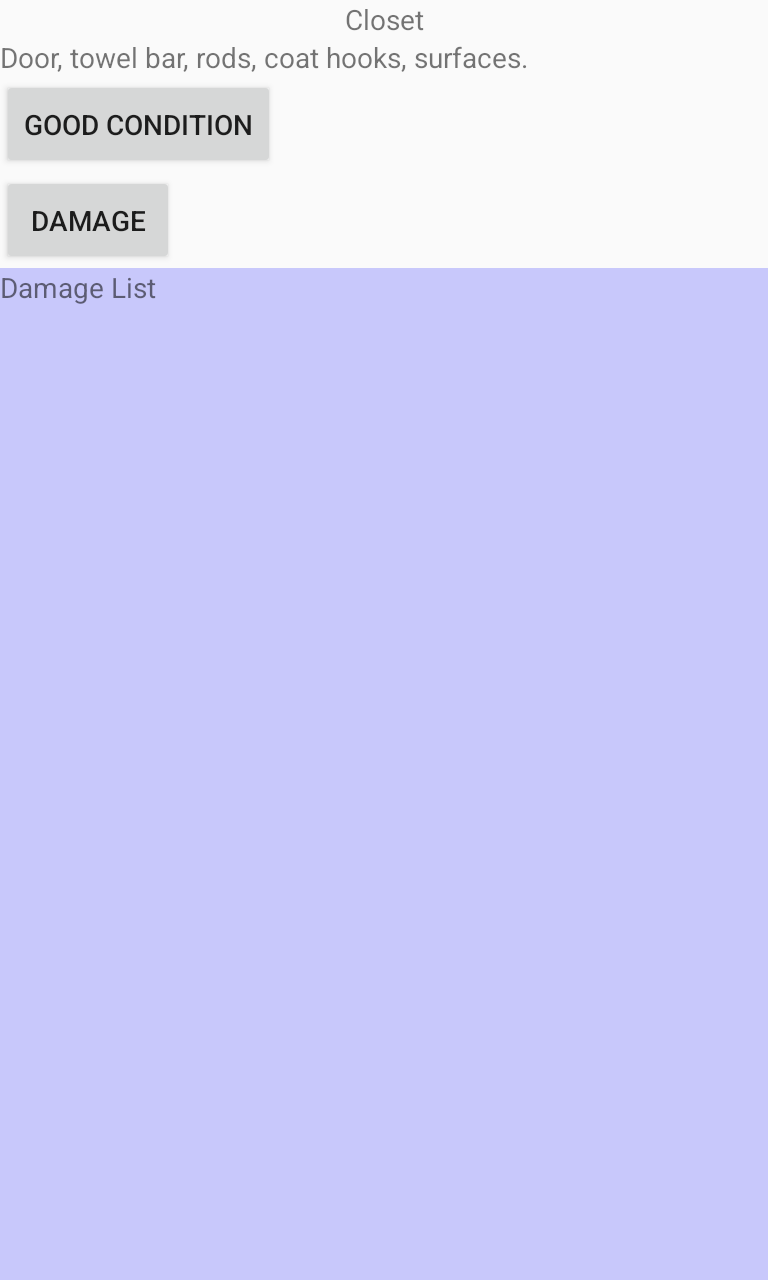
Repository: Android-BD/android-final-project
Layout: FinalProject/res/layout/rcr_form_element_fragment.xml
These files come from the project's save history. The layout is drawn as it stood at one moment and after the next save; the edit follows.
It is drawn on a 768 x 1280 px phone screen (xhdpi) without system bars, with theme AppTheme; the app's code is not run.

Above is the layout before, as saved 2014-05-08 02:13:51.

### FinalProject/res/layout/rcr_form_element_fragment.xml
<?xml version="1.0" encoding="utf-8"?>
<LinearLayout xmlns:android="http://schemas.android.com/apk/res/android"
    android:layout_width="match_parent"
    android:layout_height="match_parent"
    android:orientation="vertical" >

    <TextView android:id="@+id/category_title"
        android:layout_width="match_parent"
        android:layout_height="wrap_content"
        android:gravity="center"
        android:text="@string/category_title" />

    <TextView android:id="@+id/category_description"
        android:layout_width="match_parent"
        android:layout_height="wrap_content"
        android:text="@string/category_description" />

    <Button android:id="@+id/category_good_condition_button"
        android:layout_width="wrap_content"
        android:layout_height="wrap_content"
        android:text="@string/good_condition" />

    <Button android:id="@+id/category_note_damage_button"
        android:layout_width="wrap_content"
        android:layout_height="wrap_content"
        android:text="@string/damage" />

    <TextView android:id="@+id/damage_list"
        android:layout_width="match_parent"
        android:layout_height="0dp"
        android:layout_weight="1"
        android:text="@string/damage_list"
        android:background="#330000ff"
        android:layout_gravity="center"/>

</LinearLayout>

### FinalProject/res/values/strings.xml
<?xml version="1.0" encoding="utf-8"?>
<resources>

    <string name="app_name">FinalProject</string>
    <string name="hello_world">Hello world!</string>
    <string name="action_settings">Settings</string>
    <string name="search_rcrs">Search RCRs</string>
    <string name="new_rcr">New RCR</string>
    <string name="ra_last_name">RA\'s Last Name</string>
    <string name="ra_first_name">RA\'s First Name</string>
    <string name="resident_last_name">Resident\'s Last Name</string>
    <string name="resident_first_name">Resident\'s First Name</string>
    <string name="room_number">Room Number</string>
    <string name="previous">Previous</string>
    <string name="next">Next</string>
    <string name="good_condition">Good Condition</string>
    <string name="normal_wear">Normal Wear</string>
    <string name="damage">Damage</string>
    <string name="create">Create</string>
    <string name="left">Left</string>
    <string name="right">Right</string>
    <string name="check_in">Check In</string>
    <string name="check_out">Check Out</string>
    <string name="category_title">Closet</string>
    <string name="category_description">Door, towel bar, rods, coat hooks, surfaces.</string>
    <string name="note_damage">Note Damage</string>
    <string name="damage_list">Damage List</string>


</resources>

Loaded but not shown: FinalProject/res/values/styles.xml (common file); FinalProject/res/values-v11/styles.xml (common file); FinalProject/res/values-v14/styles.xml (common file)

After the next save:
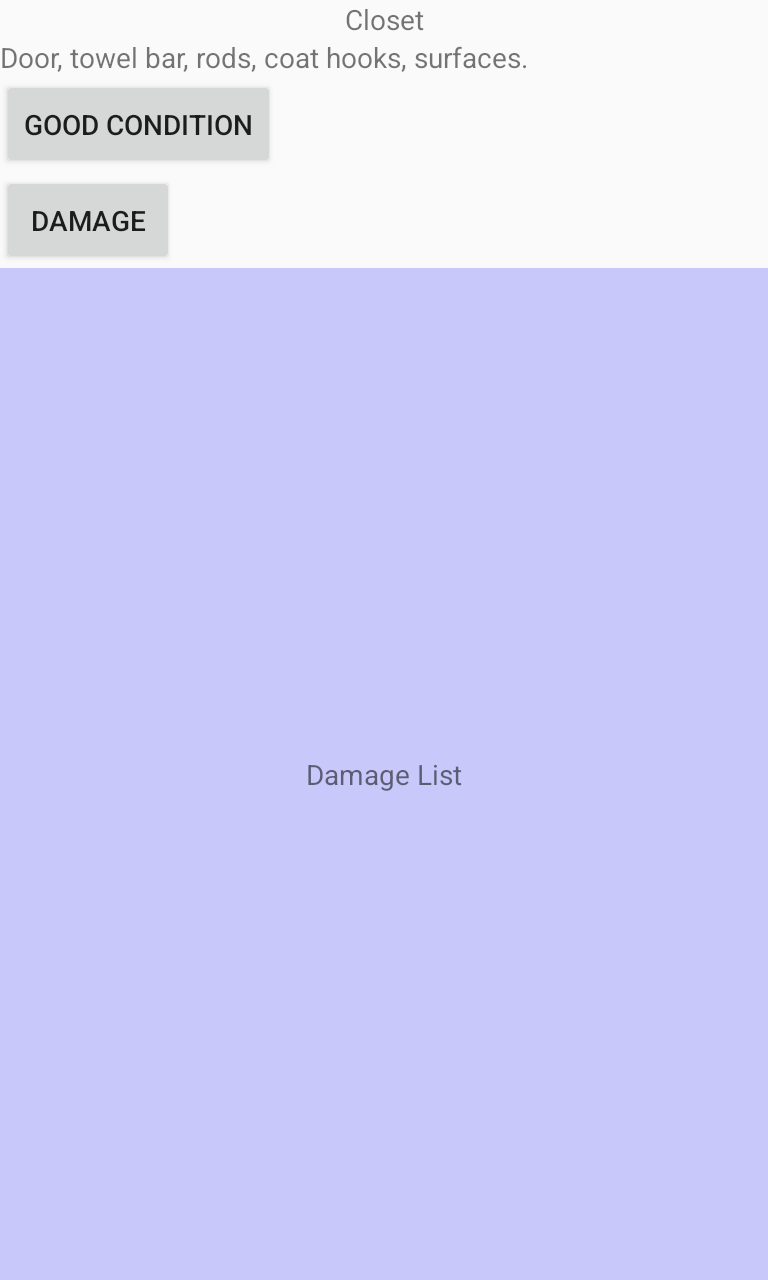
Saved 9 s later.
--- a/FinalProject/res/layout/rcr_form_element_fragment.xml
+++ b/FinalProject/res/layout/rcr_form_element_fragment.xml
@@ -31,6 +31,6 @@
         android:layout_weight="1"
         android:text="@string/damage_list"
         android:background="#330000ff"
-        android:layout_gravity="center"/>
+        android:gravity="center"/>
 
 </LinearLayout>
